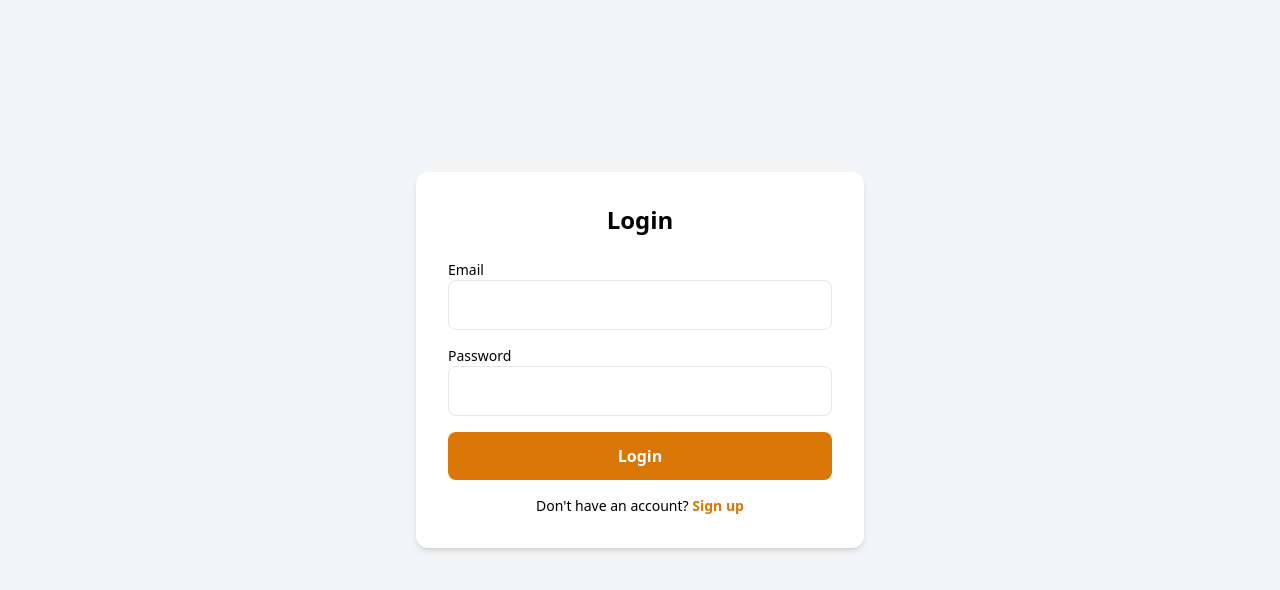
Repository: Omkar0746/VendorLink_Hackathon
Page: VendorLink_Project-main/frontend/login.html
These files come from the project's save history. The page is drawn as it stood at one moment and after the next save; the edit follows.
The browser window is 1280 px wide. The pictures show the whole page.
Some web libraries are served in a nearby version.

Above is the page before, as saved 2025-11-27 15:58:48.

### VendorLink_Project-main/frontend/login.html
<!DOCTYPE html>
<html lang="en">
<head>
    <meta charset="UTF-8" />
    <meta name="viewport" content="width=device-width, initial-scale=1.0" />
    <title>VendorLink - Login</title>

    <script src="https://cdn.tailwindcss.com"></script>
</head>

<body class="bg-gray-100 flex justify-center items-center h-screen">

    <div class="bg-white p-8 rounded-xl shadow-md w-full max-w-md">
        <h2 class="text-2xl font-bold text-center mb-6">Login</h2>

        <form id="loginForm" class="space-y-4">

            <div>
                <label class="block text-sm font-medium">Email</label>
                <input id="email" type="email" class="w-full p-3 border rounded-lg" required />
            </div>

            <div>
                <label class="block text-sm font-medium">Password</label>
                <input id="password" type="password" class="w-full p-3 border rounded-lg" required />
            </div>

            <button
                type="submit"
                class="w-full bg-amber-600 text-white p-3 rounded-lg font-semibold">
                Login
            </button>

        </form>

        <p class="text-center mt-4 text-sm">
            Don't have an account?
            <a href="signup.html" class="text-amber-600 font-semibold">Sign up</a>
        </p>
    </div>

    <script src="js/login.js"></script>
</body>
</html>

### VendorLink_Project-main/frontend/js/login.js
document.getElementById("loginForm").addEventListener("submit", async (e) => {
    e.preventDefault();

    const email = document.getElementById("email").value;
    const password = document.getElementById("password").value;

    const res = await fetch("http://localhost:5000/api/auth/login", {
        method: "POST",
        headers: { "Content-Type": "application/json" },
        body: JSON.stringify({ email, password })
    });

    const data = await res.json();
    alert(data.message);

    if (data.success) {
        localStorage.setItem("user", JSON.stringify(data.user));
        window.location.href = "profile.html";
    }
});

### VendorLink_Project-main/frontend/assets/js/login.js
import { loginUser } from "./auth.js";

document.getElementById("loginForm").addEventListener("submit", async(e)=>{
    e.preventDefault();

    const email = emailInput.value;
    const password = passwordInput.value;

    const res = await loginUser(email, password);

    if (res.token) {
        localStorage.setItem("token", res.token);
        window.location.href = "index.html";
    } else {
        alert(res.message || "Invalid credentials");
    }
});

### VendorLink_Project-main/frontend/assets/js/auth.js
import { api } from "./api.js";

export async function signupUser(name, email, password) {
    return await api("/auth/signup", "POST", { name, email, password });
}

export async function loginUser(email, password) {
    return await api("/auth/login", "POST", { email, password });
}

### VendorLink_Project-main/frontend/assets/js/api.js
export const API_BASE = "http://localhost:5000/api";

export const api = async (endpoint, method="GET", body=null, tokenRequired=false) => {
    const headers = { "Content-Type": "application/json" };

    if (tokenRequired) {
        const token = localStorage.getItem("token");
        if (token) headers["Authorization"] = `Bearer ${token}`;
    }

    const res = await fetch(`${API_BASE}${endpoint}`, {
        method,
        headers,
        body: body ? JSON.stringify(body) : null,
    });

    return await res.json();
};

After the next save:
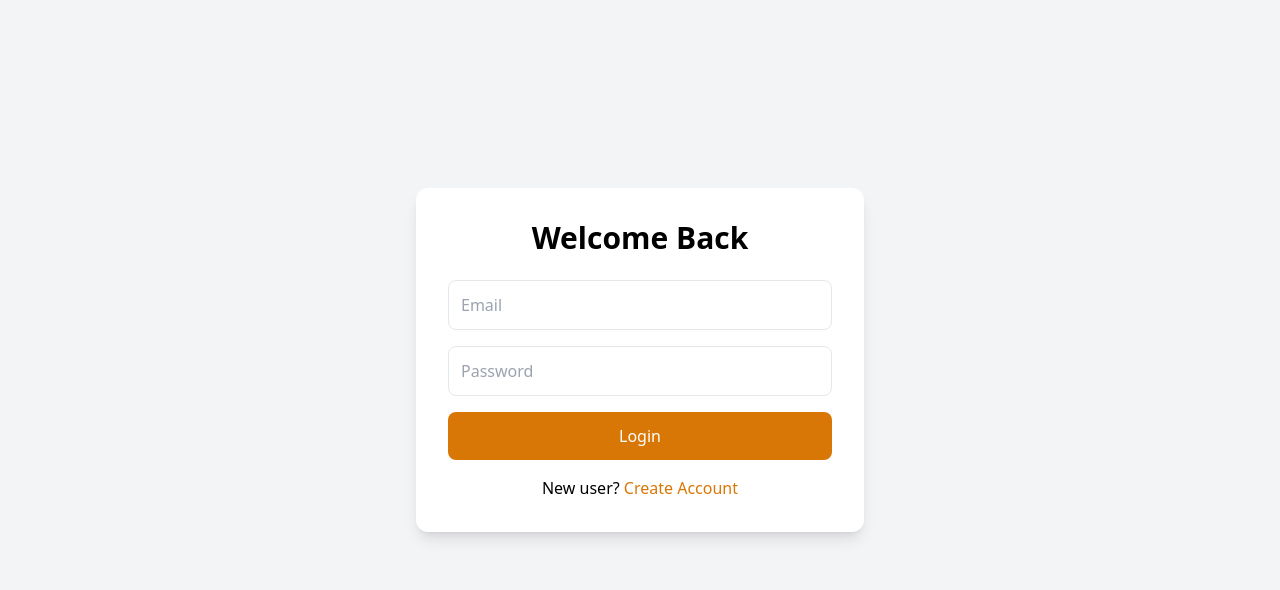
Saved 8 s later.
--- a/VendorLink_Project-main/frontend/login.html
+++ b/VendorLink_Project-main/frontend/login.html
@@ -1,44 +1,36 @@
 <!DOCTYPE html>
-<html lang="en">
+<html>
 <head>
-    <meta charset="UTF-8" />
-    <meta name="viewport" content="width=device-width, initial-scale=1.0" />
-    <title>VendorLink - Login</title>
-
+    <meta charset="UTF-8">
+    <title>VendorLink • Login</title>
     <script src="https://cdn.tailwindcss.com"></script>
 </head>
 
-<body class="bg-gray-100 flex justify-center items-center h-screen">
+<body class="bg-gray-100 flex items-center justify-center h-screen">
 
-    <div class="bg-white p-8 rounded-xl shadow-md w-full max-w-md">
-        <h2 class="text-2xl font-bold text-center mb-6">Login</h2>
+<div class="bg-white p-8 rounded-xl shadow-lg w-full max-w-md">
 
-        <form id="loginForm" class="space-y-4">
+    <h2 class="text-3xl font-bold text-center mb-6">Welcome Back</h2>
 
-            <div>
-                <label class="block text-sm font-medium">Email</label>
-                <input id="email" type="email" class="w-full p-3 border rounded-lg" required />
-            </div>
+    <form id="loginForm" class="space-y-4">
+        <input id="emailInput" type="email" placeholder="Email"
+               class="w-full p-3 border rounded-lg" required>
 
-            <div>
-                <label class="block text-sm font-medium">Password</label>
-                <input id="password" type="password" class="w-full p-3 border rounded-lg" required />
-            </div>
+        <input id="passwordInput" type="password" placeholder="Password"
+               class="w-full p-3 border rounded-lg" required>
 
-            <button
-                type="submit"
-                class="w-full bg-amber-600 text-white p-3 rounded-lg font-semibold">
-                Login
-            </button>
+        <button type="submit"
+                class="bg-amber-600 w-full py-3 text-white rounded-lg hover:bg-amber-700">
+            Login
+        </button>
+    </form>
 
-        </form>
+    <p class="text-center mt-4">
+        New user?
+        <a href="signup.html" class="text-amber-600">Create Account</a>
+    </p>
+</div>
 
-        <p class="text-center mt-4 text-sm">
-            Don't have an account?
-            <a href="signup.html" class="text-amber-600 font-semibold">Sign up</a>
-        </p>
-    </div>
-
-    <script src="js/login.js"></script>
+<script type="module" src="assets/js/login.js"></script>
 </body>
 </html>
